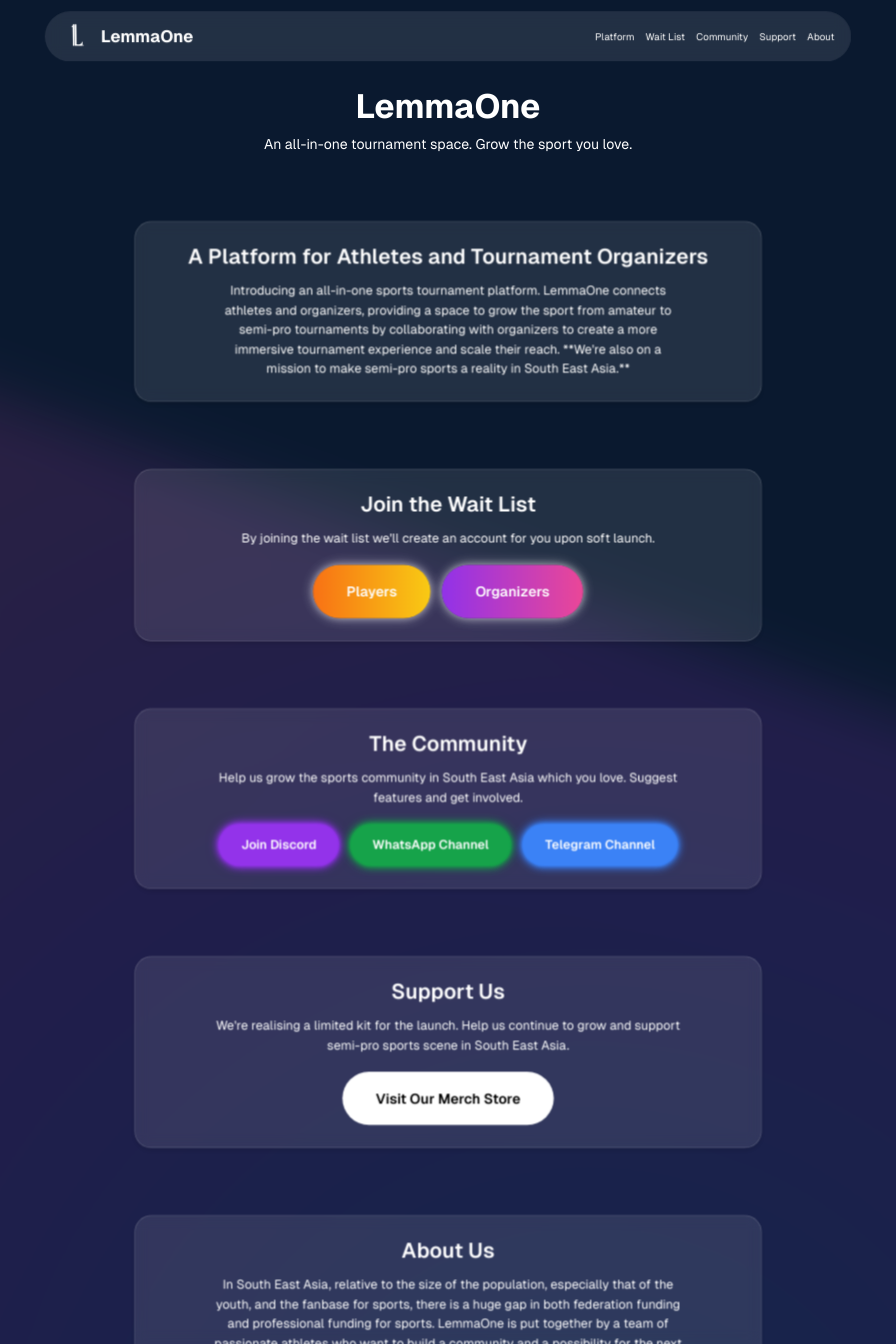
Repository: yao-creative/lemma-one-launch
Page: /
An editor plug-in stored every save of this project. The page is shown before and after a run of saves, followed by the edit.
The browser window is 1280 px wide. The pictures show the part of the page from y = 0 to 1920 px (the page is 2996 px tall), at 70% of full size.
The project was rebuilt for these pictures with package versions that can differ from the ones it lists, and the page was loaded fresh each time. The framework's server and built-in components were replaced by stand-ins that run in the browser. Also part of the build but not shown: next.config.js, next.config.mjs, app/components/WaitListForm.tsx.

Above is the page before, as saved 2024-09-28 15:12:32.

### app/layout.tsx
import type { Metadata } from "next";
import localFont from "next/font/local";
import "./globals.css";

const geistSans = localFont({
  src: "./fonts/GeistVF.woff",
  variable: "--font-geist-sans",
  weight: "100 900",
});

const geistMono = localFont({
  src: "./fonts/GeistMonoVF.woff",
  variable: "--font-geist-mono",
  weight: "100 900",
});

const nikeFont = localFont({
  src: "./fonts/Futura-Condensed-Extra-Bold.otf",
  variable: "--font-nike",
});

export const metadata: Metadata = {
  title: "LemmaOne",
  description: "A space for semi-pro athletes. Growing the sport we love.",
};

export default function RootLayout({
  children,
}: Readonly<{
  children: React.ReactNode;
}>) {
  return (
    <html lang="en">
      <body
        className={`${geistSans.variable} ${geistMono.variable} ${nikeFont.variable} antialiased`}
      >
        {children}
      </body>
    </html>
  );
}

### app/page.tsx
'use client';

import { useRef, useState } from 'react';
import Image from 'next/image';
import { signUpWithGoogle, signUpWithFacebook, signUpWithPhone } from './lib/auth';
import { ApplicationVerifier } from 'firebase/auth';
import WaitListForm from './components/WaitListForm';
import FAQSection from './components/FAQSection';
import AboutSection from './components/AboutSection';

export default function Home() {
  const [menuOpen, setMenuOpen] = useState(false);
  const platformRef = useRef<HTMLElement>(null);
  const waitListRef = useRef<HTMLElement>(null);
  const communityRef = useRef<HTMLElement>(null);
  const supportRef = useRef<HTMLElement>(null);
  const aboutRef = useRef<HTMLElement>(null);
  const faqRef = useRef<HTMLElement>(null);

  const scrollToSection = (ref: React.RefObject<HTMLElement>) => {
    ref.current?.scrollIntoView({ behavior: 'smooth' });
    setMenuOpen(false);
  };

  const [openFAQ, setOpenFAQ] = useState<number | null>(null);

  const toggleFAQ = (index: number) => {
    setOpenFAQ(openFAQ === index ? null : index);
  };

  const faqs = [
    {
      question: "Why LemmaOne?",
      answer: "A Lemma is a term in mathematics for an intermediate result or tool to prove a theorem. We are creating LemmaOne to prove that semi-pro sports is possible in South East Asia."
    },
    {
      question: "When are we planning to launch?",
      answer: "We plan on launching end of October or sometime in November with initial features and then add more features as we grow."
    },
    {
      question: "How can I join the wait list?",
      answer: "You can join the wait list by clicking on either the 'Players' or 'Organizers' button in the 'Join the Wait List' section and filling the form. We'll create an account for you upon soft launch."
    },
    {
      question: "What sports do you intend to add?",
      answer: "Currently Badminton, Volleyball, Basketball, Football, and Futsal, but we're open to suggestions"
    },
    {
      question: "What Features do we intend to add?",
      answer: "We're currently building a platform for sports hosting, but would like to grow into an interactive community to help build local tournaments to create a more immersive tournament experience, broaden their reach, and find new monetization methods. This way we can help grow a sustainable semi-pro sports community in South East Asia. "
    },
    {
      question: "Feature Suggestions?",
      answer: "We're always looking for new ideas an feature improvements. Join the Discord to build a community with us."
    },
    {
      question: "Have something to contribute?",
      answer: (
        <div className="flex flex-col items-center">
          <p>We're always looking for passionate web developers, designers, people with ideas, and passionate athletes to grow the community. You can contact us through our email or team member linkedin pages.</p>
          <a href="mailto:yytanwork@gmail.com" className="mt-2">
            <Image src="/icons/email.svg" alt="Email" width={24} height={24} />
          </a>
        </div>
      ),
    }

  ];

  const [showPlayerForm, setShowPlayerForm] = useState(false);
  const [showOrganizerForm, setShowOrganizerForm] = useState(false);
  const [formData, setFormData] = useState({
    name: '',
    sports: [] as string[],
    otherSports: [] as string[], // Changed from otherSport to otherSports
    interestLevel: '',
    features: '',
    interestedFeatures: [] as string[],
  });

  const handleInputChange = (e: React.ChangeEvent<HTMLInputElement | HTMLSelectElement | HTMLTextAreaElement>) => {
    const { name, value, type } = e.target;

    if (type === 'select-multiple') {
      const select = e.target as HTMLSelectElement;
      const selectedOptions = Array.from(select.selectedOptions).map(option => option.value);
      setFormData(prevData => ({
        ...prevData,
        [name]: selectedOptions,
      }));
    } else {
      setFormData(prevData => ({
        ...prevData,
        [name]: value,
      }));
    }
  };


  const toggleForm = (formType: 'player' | 'organizer') => {
    if (formType === 'player') {
      setShowPlayerForm(true);
      setShowOrganizerForm(false);
    } else {
      setShowPlayerForm(false);
      setShowOrganizerForm(true);
    }
    // Don't reset form data when switching between forms
  };

  const handleSubmit = (e: React.FormEvent<HTMLFormElement>) => {
    e.preventDefault();
    // Here you would handle the form submission, including OAuth authentication
    console.log('Form submitted:', formData);
    // Reset form and hide it after submission
    setFormData({ name: '', sports: [], interestLevel: '', features: '', interestedFeatures: [] });
    setShowPlayerForm(false);
    setShowOrganizerForm(false);
  };

  const handleSignUp = async (method: 'google' | 'facebook' | 'phone') => {
    try {
      let user;
      switch (method) {
        case 'google':
          user = await signUpWithGoogle(formData);
          break;
        case 'facebook':
          user = await signUpWithFacebook(formData);
          break;
        case 'phone':
          // You'll need to implement a way to get the phone number and set up the ApplicationVerifier
          const phoneNumber = '+1234567890'; // Replace with actual phone number input
          const appVerifier = {} as ApplicationVerifier; // Replace with actual ApplicationVerifier
          user = await signUpWithPhone(phoneNumber, appVerifier, formData);
          break;
      }
      console.log('User signed up:', user);
      // Handle successful sign-up (e.g., show a success message, redirect, etc.)
    } catch (error) {
      console.error('Error signing up:', error);
      // Handle sign-up error (e.g., show an error message)
    }
  };

  return (
    <div className="min-h-screen bg-darkBlue text-white relative overflow-hidden">
      {/* Background layer with glass morphism effect */}
      <div className="absolute inset-0 overflow-hidden">
        <div className="glassmorphism-bg"></div>
      </div>

      <nav className="fixed top-0 left-0 right-0 z-50">
        <div className="mx-auto max-w-6xl mt-4 px-6 py-3 bg-white/10 backdrop-blur-md rounded-full flex justify-between items-center">
          <div className="flex items-center space-x-2">
            <Image src="/logo192.png" alt="LemmaOne Logo" width={48} height={40} />
            <h1 className="text-2xl font-bold font-nike">LemmaOne</h1>
          </div>
          <div className="hidden md:flex space-x-4 items-center">
            <button onClick={() => scrollToSection(platformRef)} className="text-sm hover:text-gray-300">Platform</button>
            <button onClick={() => scrollToSection(waitListRef)} className="text-sm hover:text-gray-300">Wait List</button>
            <button onClick={() => scrollToSection(communityRef)} className="text-sm hover:text-gray-300">Community</button>
            <button onClick={() => scrollToSection(supportRef)} className="text-sm hover:text-gray-300">Support</button>
            <button onClick={() => scrollToSection(aboutRef)} className="text-sm hover:text-gray-300">About</button>
          </div>
          <button onClick={() => setMenuOpen(!menuOpen)} className="md:hidden">
            <svg className="w-6 h-6" fill="none" stroke="currentColor" viewBox="0 0 24 24" xmlns="http://www.w3.org/2000/svg">
              <path strokeLinecap="round" strokeLinejoin="round" strokeWidth={2} d="M4 6h16M4 12h16M4 18h16" />
            </svg>
          </button>
        </div>
        {menuOpen && (
          <div className="md:hidden absolute top-full left-0 right-0 bg-black/90 backdrop-blur-md py-4">
            <button onClick={() => scrollToSection(platformRef)} className="block w-full text-left px-6 py-2 hover:bg-white/10">Platform</button>
            <button onClick={() => scrollToSection(waitListRef)} className="block w-full text-left px-6 py-2 hover:bg-white/10">Join Wait List</button>
            <button onClick={() => scrollToSection(communityRef)} className="block w-full text-left px-6 py-2 hover:bg-white/10">Community</button>
            <button onClick={() => scrollToSection(supportRef)} className="block w-full text-left px-6 py-2 hover:bg-white/10">Support</button>
            <button onClick={() => scrollToSection(aboutRef)} className="block w-full text-left px-6 py-2 hover:bg-white/10">About</button>
          </div>
        )}
      </nav>

      <main className="relative z-10 flex min-h-screen flex-col items-center justify-between p-4 md:p-24 space-y-16 md:space-y-24 pt-24 md:pt-32">
        <section className="text-center flex flex-col items-center title-section">
          <h2 className="text-4xl md:text-5xl font-bold font-nike mb-4">LemmaOne</h2>
          <p className="text-lg md:text-xl max-w-2xl">An all-in-one tournament space. Grow the sport you love.</p>
        </section>

        <section ref={platformRef} className="text-center flex flex-col items-center justify-center w-full max-w-4xl section-glass rounded-3xl p-8 my-16">
          <h3 className="text-2xl md:text-3xl font-semibold font-nike mb-4">A Platform for Athletes and Tournament Organizers</h3>
          <p className="text-base md:text-lg max-w-2xl">
            Introducing an all-in-one sports tournament platform. LemmaOne connects athletes and organizers, providing a space to grow the sport from amateur to semi-pro tournaments by collaborating with organizers to create a more immersive tournament experience and scale their reach. **We're also on a mission to make semi-pro sports a reality in South East Asia.**
          </p>
        </section>

        <section ref={waitListRef} className="text-center flex flex-col items-center justify-center w-full max-w-4xl section-glass rounded-3xl p-8 my-16">
          <h3 className="text-2xl md:text-3xl font-semibold font-nike mb-4">Join the Wait List</h3>
          <p className="text-base md:text-lg mb-6 max-w-2xl">
            By joining the wait list we'll create an account for you upon soft launch.
          </p>
          <div className="flex flex-col md:flex-row justify-center space-y-4 md:space-y-0 md:space-x-4">
            <button
              onClick={() => toggleForm('player')}
              className={`px-12 py-6 rounded-full text-xl font-semibold text-white transition-all duration-300 animate-pulse-subtle glow-button ${
                showPlayerForm ? 'bg-gradient-to-r from-orange-600 to-yellow-500' : 'bg-gradient-to-r from-orange-500 to-yellow-400 hover:from-orange-600 hover:to-yellow-500'
              }`}
            >
              Players
            </button>
            <button
              onClick={() => toggleForm('organizer')}
              className={`px-12 py-6 rounded-full text-xl font-semibold text-white transition-all duration-300 animate-pulse-subtle glow-button ${
                showOrganizerForm ? 'bg-gradient-to-r from-purple-700 to-pink-600' : 'bg-gradient-to-r from-purple-600 to-pink-500 hover:from-purple-700 hover:to-pink-600'
              }`}
            >
              Organizers
            </button>
          </div>

          {(showPlayerForm || showOrganizerForm) && (
            <WaitListForm
              formData={formData}
              setFormData={setFormData}
              handleInputChange={handleInputChange}
              handleSubmit={handleSubmit}
              handleSignUp={handleSignUp}
              showPlayerForm={showPlayerForm}
            />
          )}
        </section>

        <section ref={communityRef} className="text-center flex flex-col items-center justify-center w-full max-w-4xl section-glass rounded-3xl p-8 my-16">
          <h3 className="text-2xl md:text-3xl font-semibold font-nike mb-4">The Community</h3>
          <p className="text-base md:text-lg mb-6 max-w-2xl">
            Help us grow the sports community in South East Asia which you love. Suggest features and get involved.
          </p>
          <div className="flex flex-wrap justify-center gap-4">
            <a href="https://discord.gg/QztR7ZPM" className="inline-block px-8 py-4 rounded-full text-lg bg-purple-600 text-white font-semibold hover:bg-purple-700 transition-colors duration-300 neon-button-purple">
              Join Discord
            </a>
            <a href="#" className="inline-block px-8 py-4 rounded-full text-lg bg-green-600 text-white font-semibold hover:bg-green-700 transition-colors duration-300 neon-button-green">
              WhatsApp Channel
            </a>
            <a href="#" className="inline-block px-8 py-4 rounded-full text-lg bg-blue-500 text-white font-semibold hover:bg-blue-600 transition-colors duration-300 neon-button-blue">
              Telegram Channel
            </a>
          </div>
        </section>

        <section ref={supportRef} className="text-center flex flex-col items-center justify-center w-full max-w-4xl section-glass rounded-3xl p-8 my-16">
          <h3 className="text-2xl md:text-3xl font-semibold font-nike mb-4">Support Us</h3>
          <p className="text-base md:text-lg mb-6 max-w-2xl">
            We're realising a limited kit for the launch. Help us continue to grow and support semi-pro sports scene in South East Asia.
          </p>
          <a href="#" className="inline-block px-12 py-6 rounded-full text-xl bg-white text-black font-semibold hover:bg-gray-200 transition-colors duration-300">
            Visit Our Merch Store
          </a>
        </section>

        <AboutSection />
        <FAQSection faqs={faqs} />
      </main>
    </div>
  );
}

### app/lib/auth.ts
import { auth, db } from './firebase';
import { signInWithPopup, GoogleAuthProvider, FacebookAuthProvider, PhoneAuthProvider, signInWithPhoneNumber, ApplicationVerifier } from 'firebase/auth';
import { doc, setDoc } from 'firebase/firestore';

export async function signUpWithGoogle(formData: any) {
  const provider = new GoogleAuthProvider();
  try {
    const result = await signInWithPopup(auth, provider);
    await setDoc(doc(db, 'users', result.user.uid), {
      ...formData,
      email: result.user.email,
      authProvider: 'google',
    });
    return result.user;
  } catch (error) {
    console.error('Error signing up with Google:', error);
    throw error;
  }
}

export async function signUpWithFacebook(formData: any) {
  const provider = new FacebookAuthProvider();
  try {
    const result = await signInWithPopup(auth, provider);
    await setDoc(doc(db, 'users', result.user.uid), {
      ...formData,
      email: result.user.email,
      authProvider: 'facebook',
    });
    return result.user;
  } catch (error) {
    console.error('Error signing up with Facebook:', error);
    throw error;
  }
}

export async function signUpWithPhone(phoneNumber: string, appVerifier: ApplicationVerifier, formData: any) {
  try {
    const confirmationResult = await signInWithPhoneNumber(auth, phoneNumber, appVerifier);
    // You'll need to implement a way to get the verification code from the user
    // For this example, we'll assume you have a way to get the code
    const verificationCode = await getVerificationCodeFromUser();
    const result = await confirmationResult.confirm(verificationCode);
    await setDoc(doc(db, 'users', result.user.uid), {
      ...formData,
      phoneNumber: result.user.phoneNumber,
      authProvider: 'phone',
    });
    return result.user;
  } catch (error) {
    console.error('Error signing up with phone:', error);
    throw error;
  }
}

// This function is a placeholder. You'll need to implement this based on your UI.
async function getVerificationCodeFromUser(): Promise<string> {
  // Implement your logic to get the verification code from the user
  return '123456'; // This is just a placeholder
}

### app/components/FAQSection.tsx
import React, { useState } from 'react';

interface FAQ {
  question: string;
  answer: string | JSX.Element;
}

interface FAQSectionProps {
  faqs: FAQ[];
}

const FAQSection: React.FC<FAQSectionProps> = ({ faqs }) => {
  const [openFAQ, setOpenFAQ] = useState<number | null>(null);

  const toggleFAQ = (index: number) => {
    setOpenFAQ(openFAQ === index ? null : index);
  };

  return (
    <section className="text-center flex flex-col items-center justify-center w-full max-w-4xl section-glass rounded-3xl p-8 my-16">
      <h3 className="text-2xl md:text-3xl font-semibold font-nike mb-8">Frequently Asked Questions</h3>
      <div className="w-full max-w-2xl">
        {faqs.map((faq, index) => (
          <div key={index} className="mb-4">
            <button
              className="flex justify-between items-center w-full text-left px-4 py-2 bg-gray-800 hover:bg-gray-700 transition-colors duration-300 rounded-lg"
              onClick={() => toggleFAQ(index)}
            >
              <span className="text-lg font-semibold">{faq.question}</span>
              <span className="text-2xl">{openFAQ === index ? '−' : '+'}</span>
            </button>
            {openFAQ === index && (
              <div className="mt-2 px-4 py-2 bg-gray-900 rounded-lg">
                <p className="text-base">{faq.answer}</p>
              </div>
            )}
          </div>
        ))}
      </div>
    </section>
  );
};

export default FAQSection;

### app/components/AboutSection.tsx
import React from 'react';
import Image from 'next/image';

const AboutSection: React.FC = () => {
  return (
    <section className="text-center flex flex-col items-center justify-center w-full max-w-4xl section-glass rounded-3xl p-8 my-16">
      <h3 className="text-2xl md:text-3xl font-semibold font-nike mb-4">About Us</h3>
      <p className="text-base md:text-lg max-w-2xl mb-8">
        In South East Asia, relative to the size of the population, especially that of the youth, and the fanbase for sports, there is a huge gap in both federation funding and professional funding for sports. LemmaOne is put together by a team of passionate athletes who want to build a community and a possibility for the next generation to realize their dreams in competitive sports.
      </p>
      <div className="flex flex-col items-center w-full">
        <h3 className="text-xl font-semibold mb-4 text-center">Yao</h3>
        <div className="flex flex-col md:flex-row items-center md:items-start gap-4">
          <div className="relative w-28 h-28 flex-shrink-0 mb-4 md:mb-0">
            <Image
              src="/about/profile.jpg"
              alt="Yao"
              layout="fill"
              objectFit="cover"
              className="rounded-full"
            />
          </div>
          <p className="text-sm opacity-70 text-center md:text-left md:pr-4 max-w-prose">
            Hi my name is Yao. I've been playing volleyball competitively since I was 14. I've competed in the largest national tournament when I was 17. After that, the notion of going pro for sports was almost non-existent in my country. I took a gamble and went abroad for a gap year. I ended up majoring in mathematics and computer science in university and, five years later, I'm back in this corner of the world to build things.
          </p>
        </div>
        <div className="flex flex-row items-center justify-center mt-4">
          <a href="https://www.linkedin.com/in/yi-yao-tan-9719301a3/" className="flex items-center mx-2">
            <Image src="/icons/linkedin.svg" alt="LinkedIn" width={24} height={24} className="hover:opacity-80" />
          </a>
          <a href="mailto:yytanwork@gmail.com" className="flex items-center mx-2">
            <Image src="/icons/email.svg" alt="Email" width={24} height={24} className="hover:opacity-80" />
          </a>
        </div>
      </div>
    </section>
  );
};

export default AboutSection;

### app/lib/firebase.ts
import { initializeApp, getApps } from 'firebase/app';
import { getAuth } from 'firebase/auth';
import { getFirestore } from 'firebase/firestore';

const firebaseConfig = {
  apiKey: process.env.NEXT_PUBLIC_FIREBASE_API_KEY,
  authDomain: process.env.NEXT_PUBLIC_FIREBASE_AUTH_DOMAIN,
  projectId: process.env.NEXT_PUBLIC_FIREBASE_PROJECT_ID,
  storageBucket: process.env.NEXT_PUBLIC_FIREBASE_STORAGE_BUCKET,
  messagingSenderId: process.env.NEXT_PUBLIC_FIREBASE_MESSAGING_SENDER_ID,
  appId: process.env.NEXT_PUBLIC_FIREBASE_APP_ID,
  measurementId: process.env.NEXT_PUBLIC_FIREBASE_MEASUREMENT_ID,
};

// Initialize Firebase
let firebase_app = getApps().length === 0 ? initializeApp(firebaseConfig) : getApps()[0];

// Initialize Firebase services
const auth = getAuth(firebase_app);
const db = getFirestore(firebase_app);

export { firebase_app, auth, db };

### tailwind.config.ts
import type { Config } from "tailwindcss";

const config: Config = {
  content: [
    "./pages/**/*.{js,ts,jsx,tsx,mdx}",
    "./components/**/*.{js,ts,jsx,tsx,mdx}",
    "./app/**/*.{js,ts,jsx,tsx,mdx}",
  ],
  theme: {
    extend: {
      colors: {
        background: "var(--background)",
        foreground: "var(--foreground)",
        darkBlue: "var(--dark-blue)",
      },
    },
  },
  plugins: [],
};

export default config;

Loaded but not shown: app/globals.css (224 lines, source omitted)

After the next 2 saves:
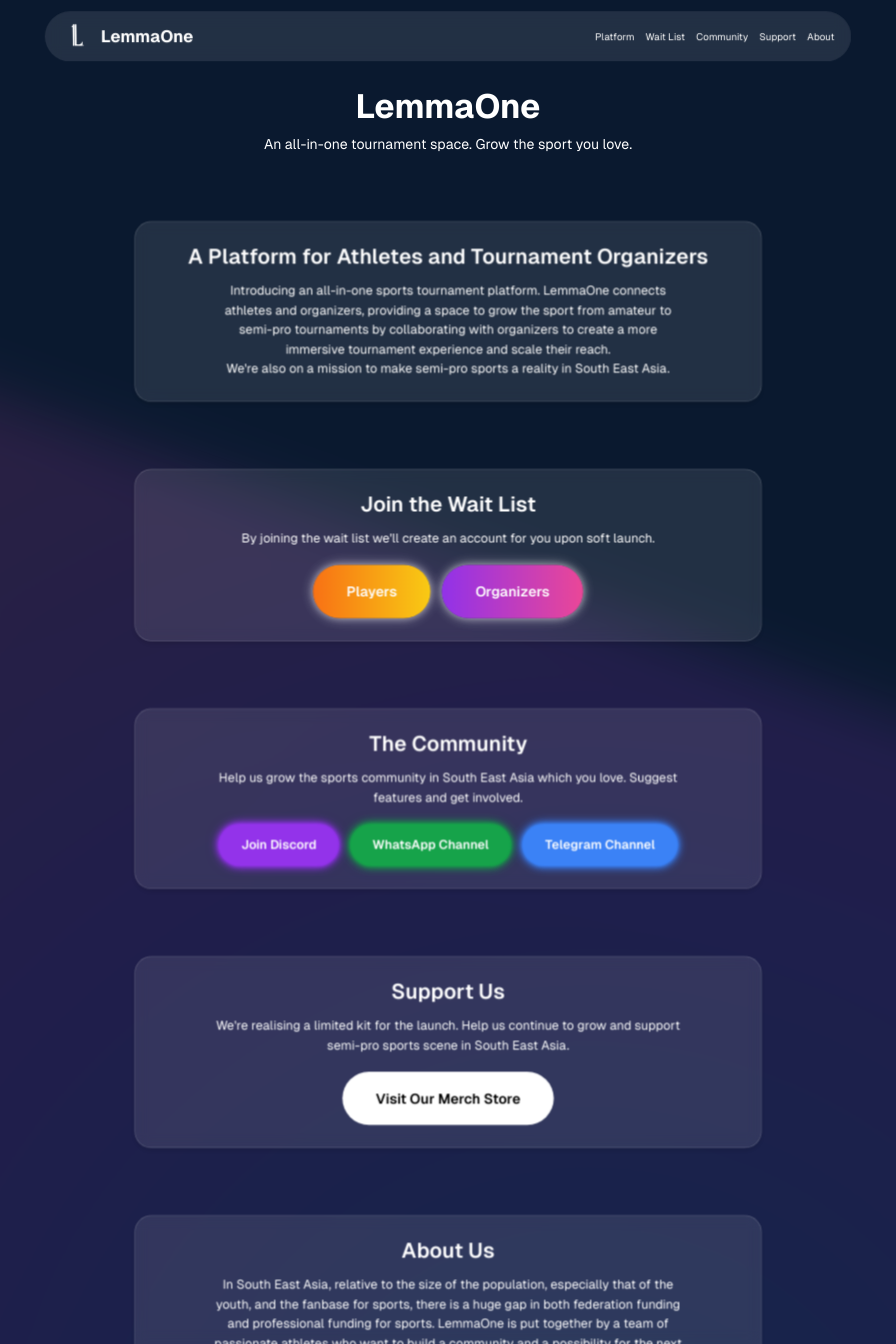
The 2 saves are shown as one change because they came seconds apart.
The last was saved 28 s later.
--- a/app/page.tsx
+++ b/app/page.tsx
@@ -189,7 +189,10 @@
         <section ref={platformRef} className="text-center flex flex-col items-center justify-center w-full max-w-4xl section-glass rounded-3xl p-8 my-16">
           <h3 className="text-2xl md:text-3xl font-semibold font-nike mb-4">A Platform for Athletes and Tournament Organizers</h3>
           <p className="text-base md:text-lg max-w-2xl">
-            Introducing an all-in-one sports tournament platform. LemmaOne connects athletes and organizers, providing a space to grow the sport from amateur to semi-pro tournaments by collaborating with organizers to create a more immersive tournament experience and scale their reach. **We're also on a mission to make semi-pro sports a reality in South East Asia.**
+            Introducing an all-in-one sports tournament platform. LemmaOne connects athletes and organizers, providing a space to grow the sport from amateur to semi-pro tournaments by collaborating with organizers to create a more immersive tournament experience and scale their reach.
+          </p>
+          <p className="text-base md:text-lg max-w-2xl">
+            We're also on a mission to make semi-pro sports a reality in South East Asia.
           </p>
         </section>
 
